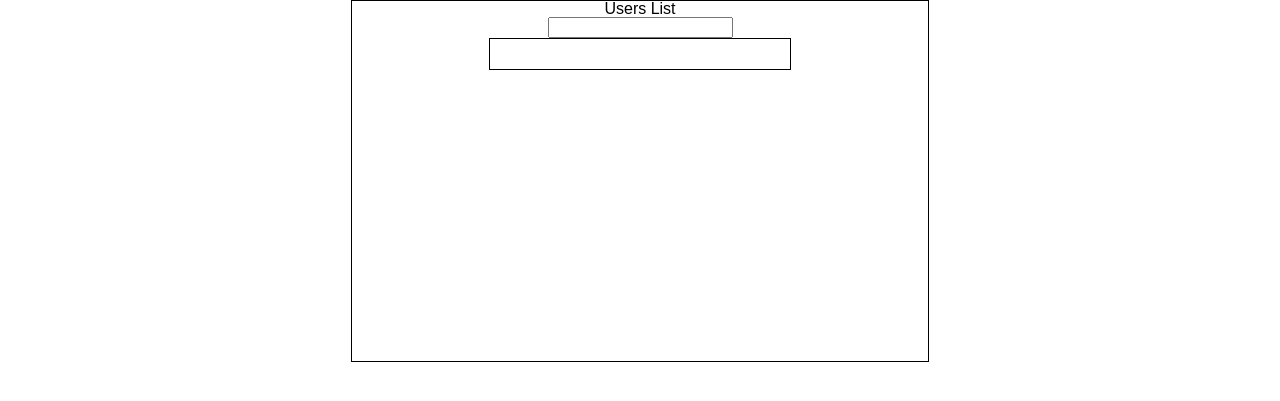
Repository: TomaszBeben/FirstTypescript
Page: /
These files come from the project's save history. The page is drawn as it stood at one moment and after the next save; the edit follows.
The browser window is 1280 px wide. The pictures show the whole page.
The page's requests for data from a server got no answer. The project was rebuilt for these pictures with package versions that can differ from the ones it lists, and the page was loaded fresh each time. No one was signed in, and anything a server would have sent is missing.

Above is the page before, as saved 2021-12-21 12:24:19.

### public/index.html
<!DOCTYPE html>
<html lang="en">

<head>
    <meta charset="utf-8" />
    <title>LeoCode</title>
</head>

<body>
    <div id="root"></div>
</body>

</html>

### src/index.scss
body {
    width: 100vw;
    height: 100vh;
}

@import './styles/reset.scss';
@import './styles/App.scss';

### src/App.tsx
import React, { FC, useState, useEffect } from 'react'
import axios from 'axios'

import Header from './components/header/Header'
import Search from './components/search/Search'
// import Posts from './components/posts/Posts'

type TUser = {
  id: number,
  name: string,
  username: string,
  // email: string,
  // address: object,
  // phone: string,
  // website: string,
  // company: string,
}

const defaultState: TUser[] = [];

const App: FC = () => {
  const [users, setUsers] = useState < TUser[] > (defaultState)
  const [error, setError] = useState < string > ('')
  console.log(users);

  useEffect(() => {
    const url = 'https://jsonplaceholder.typicode.com/uers';
    axios.get < TUser[] > (url)
      .then(({ data }) => {
        setUsers(data)
      })
      .catch((ex) => {
        let error = axios.isCancel(ex)
          ? 'Request Cancelled'
          : ex.code === 'ECONNABORTED'
            ? 'A timeout has occurred'
            : ex.response.status === 404
              ? 'Resource Not Found'
              : 'An unexpected error has occurred';

        setError(error)
      })
  }, [])

  return (
    <div className='App'>
      <Header />
      <Search />
      {users.map((elem) => {
        return (
          <ul key={elem.id}>
            <li>
              <p>{elem.id}</p>
              <p>{elem.name}</p>
              <p>{elem.username}</p>
            </li>
          </ul>
        )
      })
      }

    </div>
  )
}

export default App

### src/styles/reset.scss
html,
body,
div,
span,
applet,
object,
iframe,
h1,
h2,
h3,
h4,
h5,
h6,
p,
blockquote,
pre,
a,
abbr,
acronym,
address,
big,
cite,
code,
del,
dfn,
em,
img,
ins,
kbd,
q,
s,
samp,
small,
strike,
strong,
sub,
sup,
tt,
var,
b,
u,
i,
center,
dl,
dt,
dd,
ol,
ul,
li,
fieldset,
form,
label,
legend,
table,
caption,
tbody,
tfoot,
thead,
tr,
th,
td,
article,
aside,
canvas,
details,
embed,
figure,
figcaption,
footer,
header,
hgroup,
menu,
nav,
output,
ruby,
section,
summary,
time,
mark,
audio,
video {
    margin: 0;
    padding: 0;
    border: 0;
    font-size: 10px;
    font: inherit;
    vertical-align: baseline;
    font-family: 'Montserrat', sans-serif, 'Lucida Sans', 'Lucida Sans Regular', 'Lucida Grande', 'Lucida Sans Unicode', Geneva, Verdana, sans-serif
}

article,
aside,
details,
figcaption,
figure,
footer,
header,
hgroup,
menu,
nav,
section {
    display: block;
}

body {
    line-height: 1;
}

ol,
ul {
    list-style: none;
}

blockquote,
q {
    quotes: none;
}

blockquote {
    &:before,
    &:after {
        content: '';
        content: none;
    }
}

q {
    &:before,
    &:after {
        content: '';
        content: none;
    }
}

table {
    border-collapse: collapse;
    border-spacing: 0;
}

### src/styles/App.scss
.App {
    min-width: 300px;
    max-width: 45vw;
    height: 50vh;
    border: 1px solid black;
    margin-left: auto;
    margin-right: auto;
    display: flex;
    align-items: center;
    flex-direction: column;
}

### src/components/header/Header.tsx
import React from 'react'

const Header = () => {
    const header: string = 'Users List'
    return (
        <h1>
            {header}
        </h1>
    )
}

export default Header

### src/components/search/Search.tsx
import React, { useState } from 'react'

const Search = () => {
    const [search, setSearch]: [string, (search: string) => void] = useState('')
    return (
        <>
            <input type="text" value={search} onChange={e => setSearch(e.target.value)} />
            <div style={{ width:'300px', height: '30px', border: '1px solid black' }}>
                {search}
            </div>
        </>
    )
}

export default Search

Loaded but not shown: src/index.tsx (common file)

After the next save:
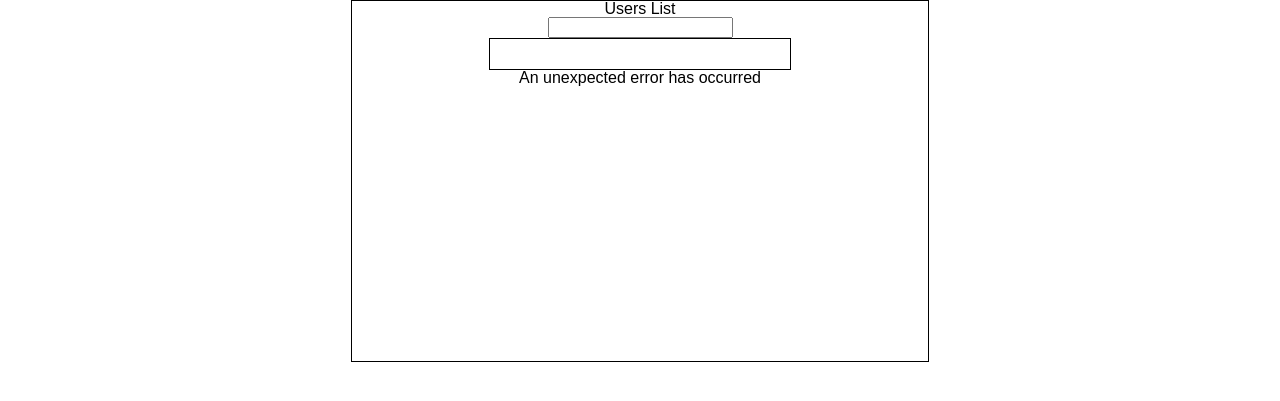
Saved 16 s later.
--- a/src/App.tsx
+++ b/src/App.tsx
@@ -58,7 +58,7 @@ const App: FC = () => {
         )
       })
       }
-
+      {error}
     </div>
   )
 }
